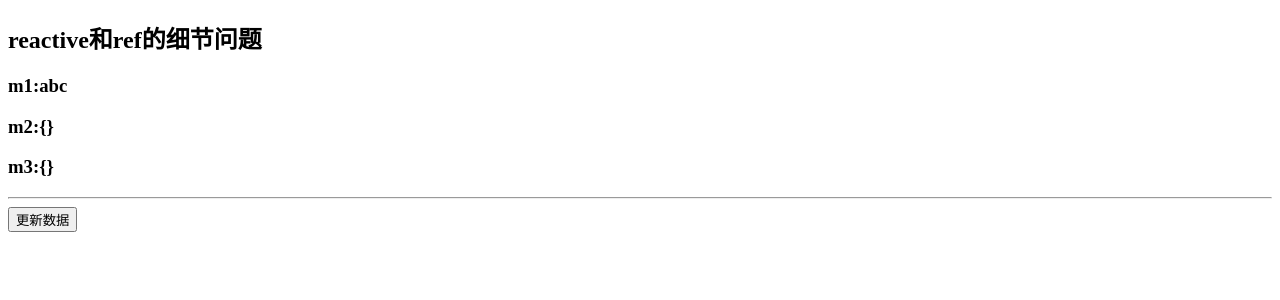
Repository: zhuhongxiang/Vue3.0-TSLeaning
Page: / (app in 04_Vue3/vue3_learning/)
The author's editor kept a copy of each file at every save. The page is drawn from the files as they stood at one save, then again after the next save.
The browser window is 1280 px wide. The pictures show the whole page.
The project was rebuilt for these pictures with package versions that can differ from the ones it lists, and the page was loaded fresh each time.

Above is the page before, as saved 2021-07-26 10:45:18.

After the next save:
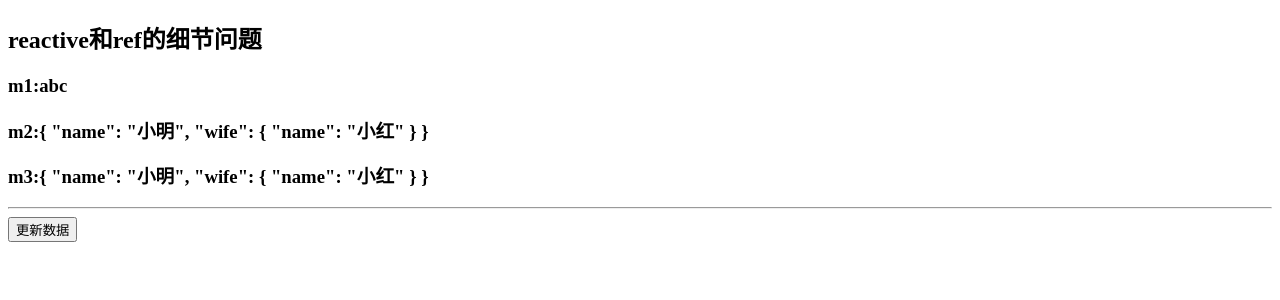
Saved 105 s later.
--- a/04_Vue3/vue3_learning/src/App.vue
+++ b/04_Vue3/vue3_learning/src/App.vue
@@ -16,10 +16,24 @@ export default defineComponent({
   setup() {
     // 通过ref的方式设置的数据
     const m1 = ref("abc");
-    const m2 = reactive({});
+    const m2 = reactive({
+      name: "小明",
+      wife: {
+        name: "小红",
+      },
+    });
     // ref也可以传入对象吗？
-    const m3 = ref({});
-    const update = () => {};
+    const m3 = ref({
+      name: "小明",
+      wife: {
+        name: "小红",
+      },
+    });
+    const update = () => {
+      m1.value += "===";
+      m2.wife.name += "===";
+      m3.value.name += "===";
+    };
     return {
       m1,
       m2,
